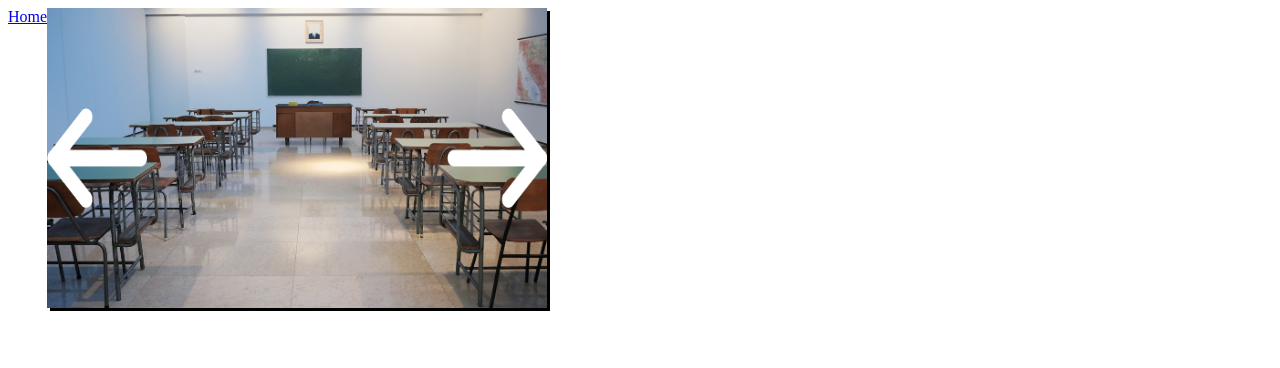
Repository: sierralaurent/Class08-UseEffect
Page: /carouselPage
The author's editor kept a copy of each file at every save. The page is drawn from the files as they stood at one save, then again after the next save.
The browser window is 1280 px wide. The pictures show the whole page.
The project was rebuilt for these pictures with package versions that can differ from the ones it lists, and the page was loaded fresh each time. The framework's server and built-in components were replaced by stand-ins that run in the browser. Also part of the build but not shown: next.config.js.

Above is the page before, as saved 2023-02-20 17:10:28.

After the next save:
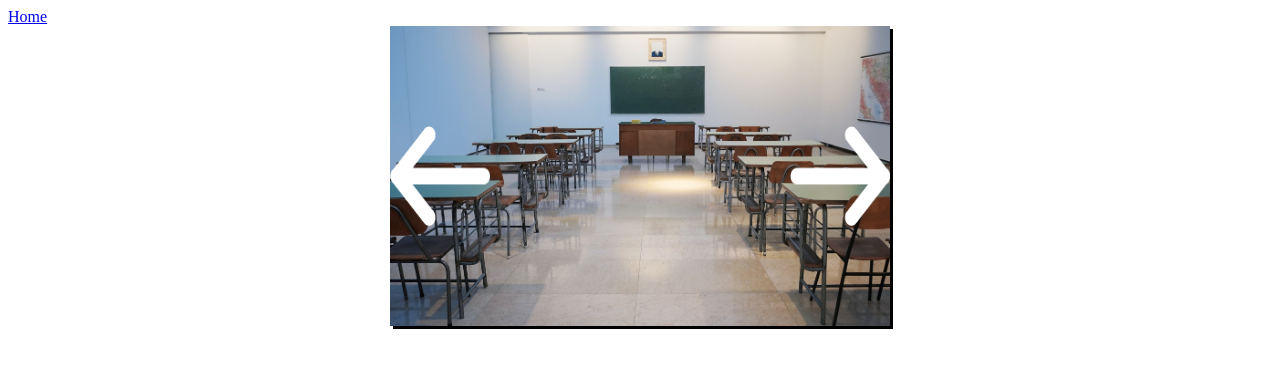
Saved 22 s later.
--- a/styles/CarouselPage.module.css
+++ b/styles/CarouselPage.module.css
@@ -3,6 +3,3 @@
 .title {
 
 }
-.body {
-    display: flex;
-}
